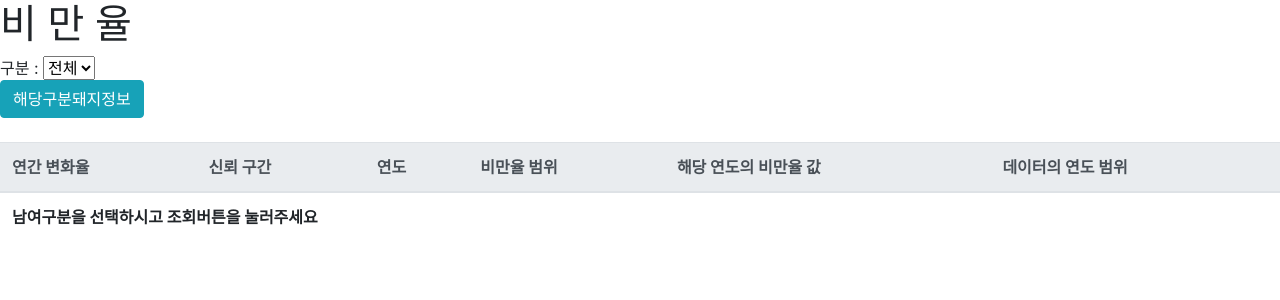
Repository: LeeSeongWook1/semi_Spring
Page: http://localhost/pigApiProject/
These files come from the project's save history. The page is drawn as it stood at one moment and after the next save; the edit follows.
The browser window is 1280 px wide. The pictures show the whole page.
The page is served by Tomcat 9. Other server files are loaded and not shown.

Above is the page before, as saved 2024-04-25 08:40:17.

### pigApiProject/src/main/webapp/index.jsp
<%@ page language="java" contentType="text/html; charset=UTF-8"
	pageEncoding="UTF-8"%>
<!DOCTYPE html>
<html>
<head>
<meta charset="UTF-8">
<title>Insert title here</title>
 <!-- jQuery 라이브러리 -->
    <script src="https://ajax.googleapis.com/ajax/libs/jquery/3.4.1/jquery.min.js"></script>
    <!-- 부트스트랩에서 제공하고 있는 스타일 -->
    <link rel="stylesheet" href="https://maxcdn.bootstrapcdn.com/bootstrap/4.5.2/css/bootstrap.min.css">
    <!-- 부트스트랩에서 제공하고 있는 스크립트 -->
    <script src="https://maxcdn.bootstrapcdn.com/bootstrap/4.5.2/js/bootstrap.min.js"></script>
</head>
<body>


	<h1>비 만 율</h1>
		구분 :
	<select id="SERIESNAME">
		<option>전체</option>
		<option>남성</option>
		<option>여성</option>
	</select>
	<br>
	<button class="btn btn-info" id="btn1">해당구분돼지정보</button>
	<br><br>


	<script>
		$(function(){
			$('#btn1').click(function(){
				$.ajax({
					url : 'xml',
					data : {SERIESNAME : $('#SERIESNAME').val()},
					type : 'get',
					success : data => {
						const items = $(data).find('item');
						let value='';
						items.each((i,item)=>{

							value+= '<tr>'
									+'<td>' +$(item).find('TOTAL').text() +'</td>'
									+'<td>' +$(item).find('APC_VALUE').text() +'</td>'
									+'<td>' +$(item).find('APC_CI').text() +'</td>'
									+'<td>' +$(item).find('YEAR').text() +'</td>'
									+'<td>' +$(item).find('CI').text() +'</td>'
									+'<td>' +$(item).find('VALUE').text() +'</td>'
									+'<td>' +$(item).find('APC_YEAR').text() +'</td>'
									+'</tr>';


						});

						$('tbody').html(value);


					},
					error : () => {
						console.log('실패');
					}
				})

			});

		})

	</script>
	<table class="table table-hover">
		<thead class="thead-light">
			<tr>
				<th>연간 변화율</th>
				<th>신뢰 구간</th>
				<th>연도</th>
				<th>비만율 범위</th>
				<th>해당 연도의 비만율 값</th>
				<th>데이터의 연도 범위</th>
			</tr>
		</thead>
		<tbody>
			<tr>
				<th colspan="7">남여구분을 선택하시고 조회버튼을 눌러주세요 </th>
			</tr>
		</tbody>
	</table>



</body>
</html>

After the next save:
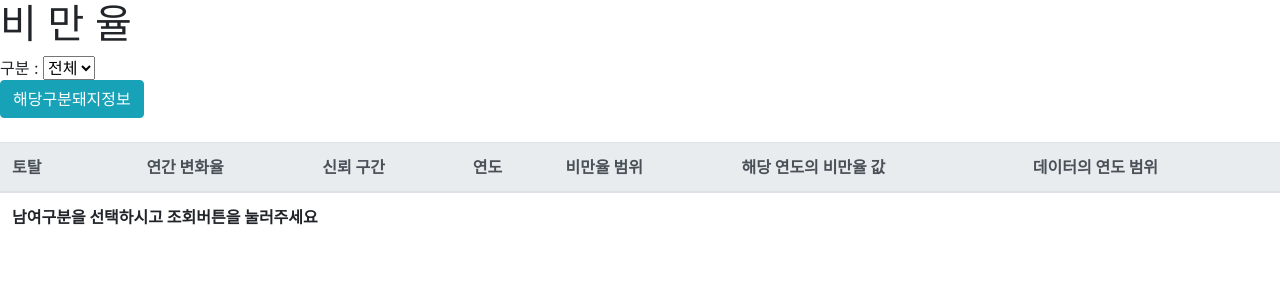
Saved 2 min 55 s later.
--- a/pigApiProject/src/main/webapp/index.jsp
+++ b/pigApiProject/src/main/webapp/index.jsp
@@ -69,6 +69,7 @@
 	<table class="table table-hover">
 		<thead class="thead-light">
 			<tr>
+				<th>토탈<th>
 				<th>연간 변화율</th>
 				<th>신뢰 구간</th>
 				<th>연도</th>
